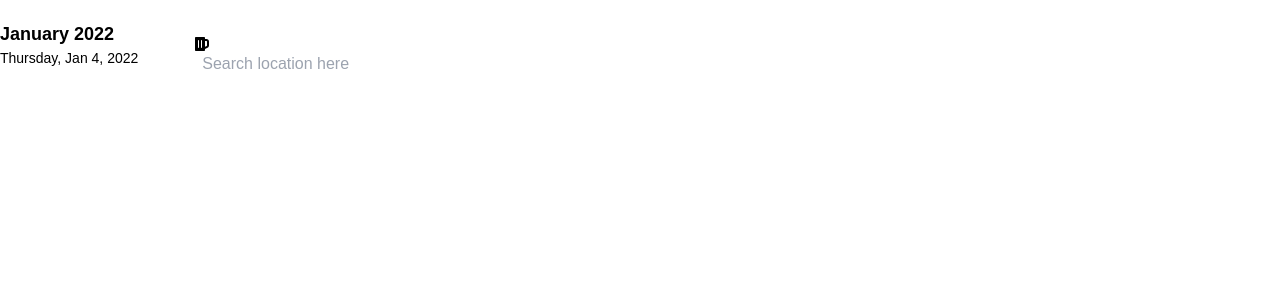
Repository: theweirdboiz/datawarehouse-ui
Page: /
These files come from the project's save history. The page is drawn as it stood at one moment and after the next save; the edit follows.
The browser window is 1280 px wide. The pictures show the whole page.
The project was rebuilt for these pictures with package versions that can differ from the ones it lists, and the page was loaded fresh each time. Also part of the build but not shown: vite.config.js.

Above is the page before, as saved 2022-11-23 15:48:52.

### index.html
<!DOCTYPE html>
<html lang="en">
  <head>
    <meta charset="UTF-8" />
    <link rel="icon" type="image/svg+xml" href="/vite.svg" />
    <meta name="viewport" content="width=device-width, initial-scale=1.0" />
    <title>Weather - Datawarehouse</title>
  </head>
  <body>
    <div id="root"></div>
    <script type="module" src="/src/main.jsx"></script>
  </body>
</html>

### src/App.jsx
import { useState } from "react";
import { FaBeer } from "react-icons/fa";
function App() {
  return (
    <div className="container mx-auto">
      <div className="">
        <section className="content">
          <div className="mt-[20px] flex gap-x-10">
            <div className="flex-col">
              <div className="font-semibold text-lg">January 2022</div>
              <div className="text-sm">Thursday, Jan 4, 2022</div>
            </div>
            <div className="content__search p-4 flex-1">
              <FaBeer />
              <input
                className="ml-2 w-full"
                type="text"
                placeholder="Search location here"
              />
            </div>
          </div>
        </section>
      </div>
    </div>
  );
}

export default App;

### src/index.scss
@tailwind base;
@tailwind components;
@tailwind utilities;

@layer base {
  @import url("https://fonts.googleapis.com/css2?family=Poppins:wght@300;500;600;900&display=swap");

  *,
  *::before,
  *::after {
    box-sizing: border-box;
  }
  * {
    margin: 0;
    padding: 0;
  }
  body {
    line-height: 1.5;
    font-family: "Poppins", sans-serif;
  }
  img,
  picture,
  video,
  canvas,
  svg {
    display: block;
    max-width: 100%;
  }
  input,
  button,
  textarea,
  select {
    outline: none;
  }
  p,
  h1,
  h2,
  h3,
  h4,
  h5,
  h6 {
    overflow-wrap: break-word;
  }
}

Loaded but not shown: src/main.jsx (common file); tailwind.config.cjs (common file)

After the next save:
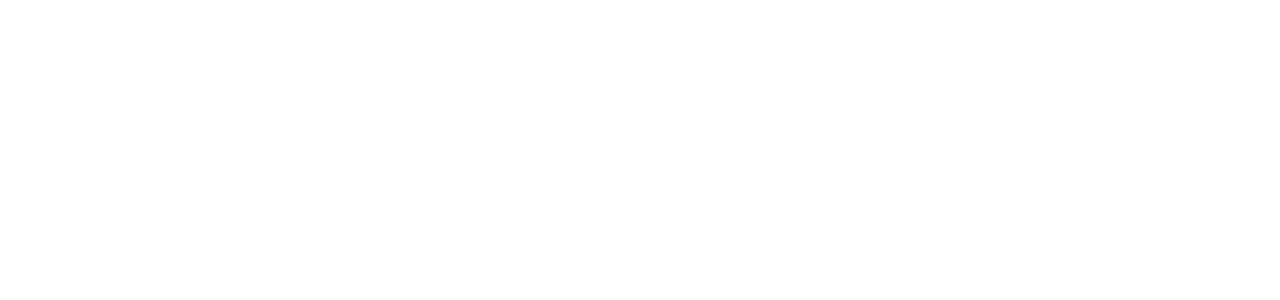
Console error (its wording comes from the project's code and is left out).
Saved 35 s later.
--- a/src/App.jsx
+++ b/src/App.jsx
@@ -1,5 +1,5 @@
 import { useState } from "react";
-import { FaBeer } from "react-icons/fa";
+import { FiSearch } from "react-icons/fa";
 function App() {
   return (
     <div className="container mx-auto">
@@ -11,7 +11,7 @@
               <div className="text-sm">Thursday, Jan 4, 2022</div>
             </div>
             <div className="content__search p-4 flex-1">
-              <FaBeer />
+              <FiSearch />
               <input
                 className="ml-2 w-full"
                 type="text"

After the save that followed:
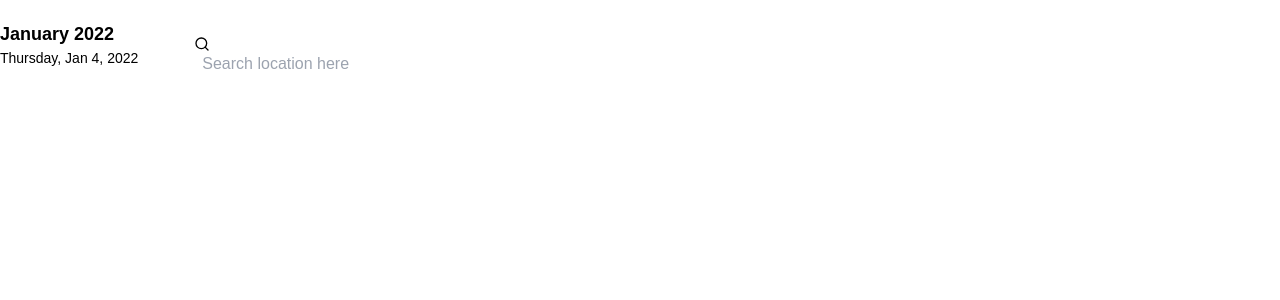
The error is gone.
Saved 29 s later.
--- a/src/App.jsx
+++ b/src/App.jsx
@@ -1,5 +1,5 @@
 import { useState } from "react";
-import { FiSearch } from "react-icons/fa";
+import { FiSearch } from "react-icons/fi";
 function App() {
   return (
     <div className="container mx-auto">
